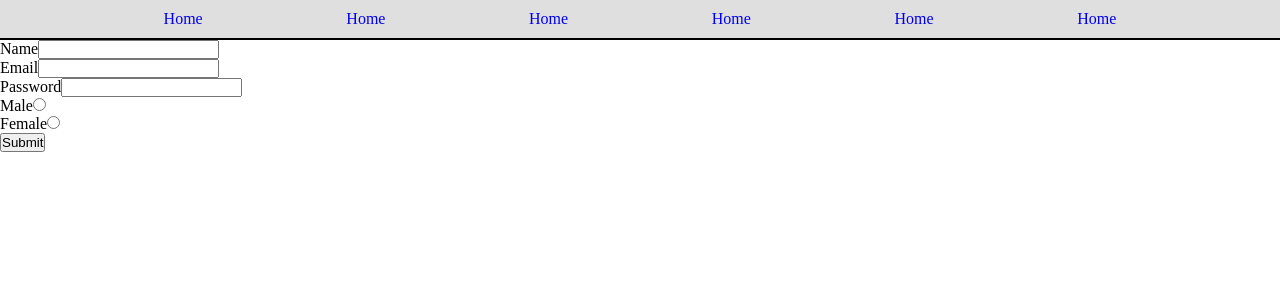
Repository: Naynsh2904/Advance_Java
Page: http://localhost/createForm/NewFile.jsp
An editor plug-in stored every save of this project. The page is shown before and after the next save, followed by the edit.
The browser window is 1280 px wide. The pictures show the whole page.
The page is served by Tomcat 9.

Above is the page before, as saved 2025-01-31 09:54:11.

### createForm/src/main/webapp/NewFile.jsp
<%@ page language="java" contentType="text/html; charset=UTF-8"
	pageEncoding="UTF-8"%>
<!DOCTYPE html>
<html>
<head>
<meta charset="UTF-8">
<title>Document</title>
<style>
    * {
      margin: 0;
      padding: 0;
    }
    a {
      text-decoration: none;
    }
    li {
      list-style: none;
      color: black;
    }

    ul {
      padding: 10px 20px;
      background-color: #c3c1c183;
      display: flex;
      justify-content: space-evenly;
      border-bottom: 2px solid black;
    }
  </style>
</head>

<body>
	<div>

		<nav>
			<ul>
				<li><a href="#">Home</a></li>
				<li><a href="#">Home</a></li>
				<li><a href="#">Home</a></li>
				<li><a href="#">Home</a></li>
				<li><a href="#">Home</a></li>
				<li><a href="#">Home</a></li>
			</ul>
		</nav>
		<form action="#" method="get">
			Name<input type="text" name="name" value="" /><br> Email<input
				type="email" name="email" value="" /><br> Password<input
				type="password" name="password" value="" /><br> Male<input
				type="radio" name="gender" value="male" /><br> Female<input
				type="radio" name="gender" value="female" /><br>
			<div>
				<button type="submit" name="btn">Submit</button>
			</div>
		</form>
		<%
		if (request.getParameter("btn") != null) {
			String Name = request.getParameter("name");
			String Email = request.getParameter("email");
			String Pass = request.getParameter("password");
			String Gender = request.getParameter("gender");

			out.print("Name " + Name + " " + "Email: " + Email + " " + "Pass: " + Pass + " " + " Gender " + Gender);
		%>
		<h1>Name :<%=Name%></h1>
		<h1>Email : <%=Email%></h1>
		<h1>Pass :<%=Pass%></h1>
		<h1>Gender :<%=Gender%></h1>
		<script>
			alert("successfully Done !! ")
		</script>
		<%
		}
		%>
	</div>
</body>
</html>

After the next save:
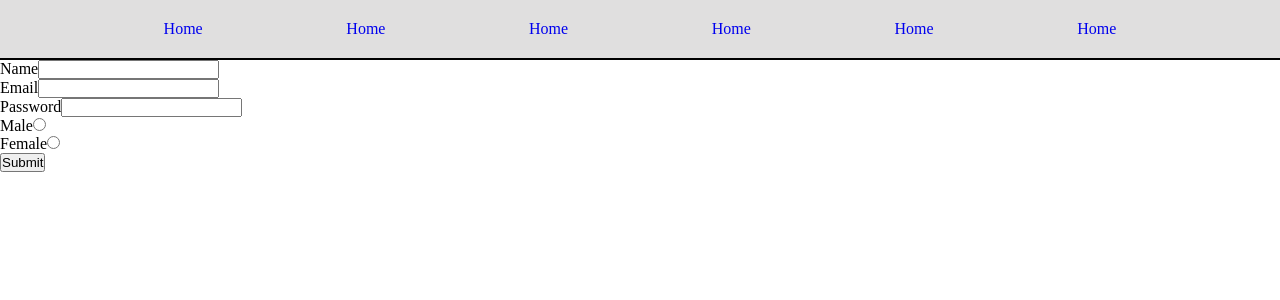
Saved 15 s later.
--- a/createForm/src/main/webapp/NewFile.jsp
+++ b/createForm/src/main/webapp/NewFile.jsp
@@ -19,7 +19,7 @@
     }
 
     ul {
-      padding: 10px 20px;
+      padding: 20px;
       background-color: #c3c1c183;
       display: flex;
       justify-content: space-evenly;
